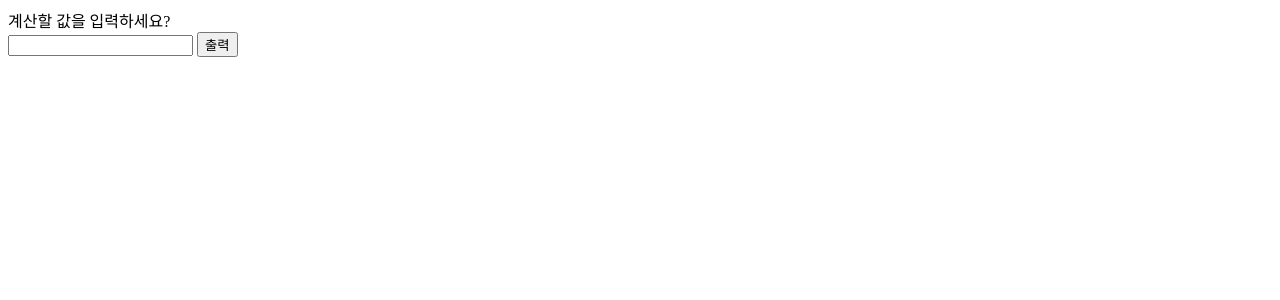
Repository: water-case/Servlet_JSP_JSPMVC
Page: workspace/JSPPrj/src/main/webapp/add.html
An editor plug-in stored every save of this project. The page is shown before and after the next save, followed by the edit.
The browser window is 1280 px wide. The pictures show the whole page.

Above is the page before, as saved 2021-08-25 04:55:05.

After the next save:
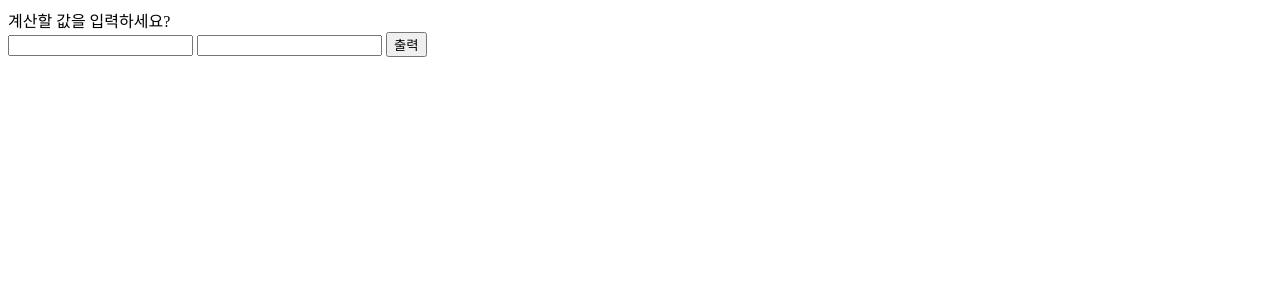
Saved 4 s later.
--- a/workspace/JSPPrj/src/main/webapp/add.html
+++ b/workspace/JSPPrj/src/main/webapp/add.html
@@ -12,6 +12,7 @@
 			</div>
 			<div>
 				<input type="text" name="n1" />
+				<input type="text" name="n1" />
 				<input type="submit" value="출력" />
 			</div>
 		</form>
